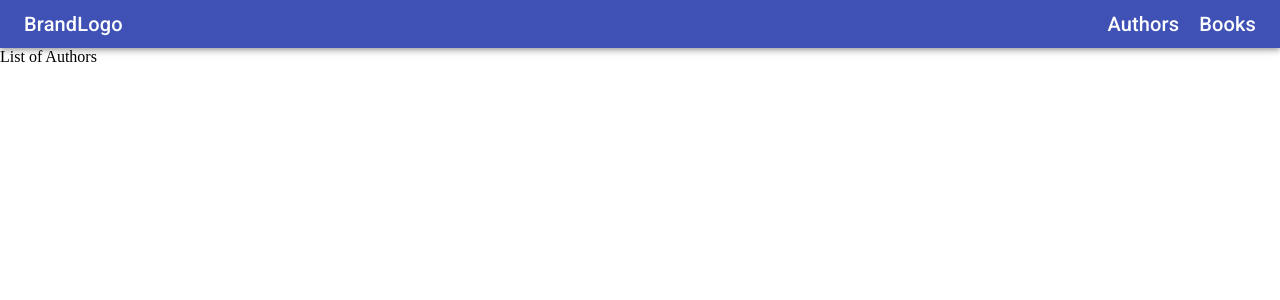
Repository: Sociophuck/00007494
Page: /authors (app in front/)
The author's editor kept a copy of each file at every save. The page is drawn from the files as they stood at one save, then again after the next save.
The browser window is 1280 px wide. The pictures show the whole page.
The project was rebuilt for these pictures with package versions that can differ from the ones it lists, and the page was loaded fresh each time. Also part of the build but not shown: front/src/App.css, front/src/Book.js, front/src/Home.js.

Above is the page before, as saved 2021-04-04 11:03:04.

### front/src/index.css
body {
  margin: 0;
}

.header-links {
  display: flex;
}
.header-links > a {
  margin-left: 20px;
  text-decoration: none;
  color: white;
}
.header-links > a:hover {
  color: turquoise;
}

### front/src/App.js
import Author from "./Author";
import "./App.css";
import { BrowserRouter as Router, Route, Switch } from "react-router-dom";
import Book from "./Book";
import Home from "./Home";
import NavBar from "./NavBar";

function App() {
  return (
    <Router>
      <div className="App">
        <NavBar />
        <div>
          <Switch>
            <Route exact path="/">
              <Home />
            </Route>
            <Route path="/authors">
              <Author />
            </Route>
            <Route path="/books">
              <Book />
            </Route>
          </Switch>
        </div>
      </div>
    </Router>
  );
}

export default App;

### front/src/Author.js
function Author() {
  return <div>List of Authors</div>;
}

export default Author;

### front/src/NavBar.js
import { Link } from "react-router-dom";
import React from "react";
import { makeStyles } from "@material-ui/core/styles";
import AppBar from "@material-ui/core/AppBar";
import Toolbar from "@material-ui/core/Toolbar";
import Typography from "@material-ui/core/Typography";

const useStyles = makeStyles((theme) => ({
  root: {
    flexGrow: 1,
  },
  logo: {
    flexGrow: 1,
  },
}));

function NavBar() {
  const classes = useStyles();

  return (
    <div className={classes.root}>
      <AppBar position="static">
        <Toolbar variant="dense">
          <Typography className={classes.logo} variant="h6" color="inherit">
            BrandLogo
          </Typography>
          <div className="header-links">
            <Link to="/authors">
              <Typography variant="h6" color="inherit">
                Authors
              </Typography>
            </Link>
            <Link to="/books">
              <Typography variant="h6" color="inherit">
                Books
              </Typography>
            </Link>
          </div>
        </Toolbar>
      </AppBar>
    </div>
  );
}

export default NavBar;

Loaded but not shown: front/public/index.html (common file); front/src/index.js (common file)

After the next save:
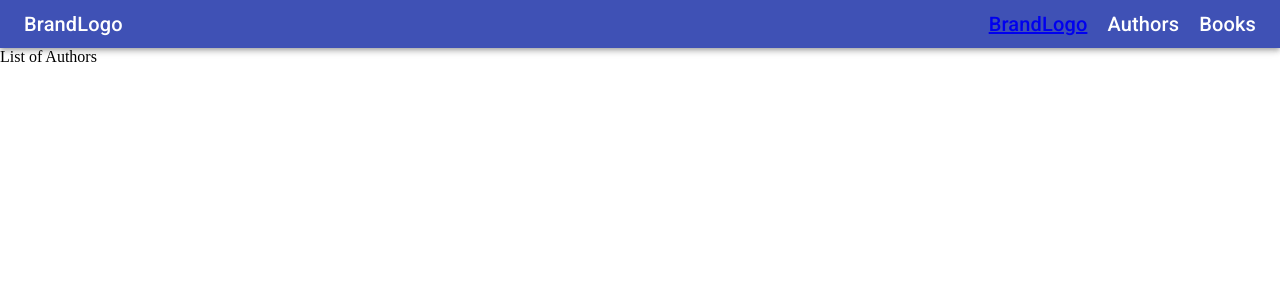
Saved 42 s later.
--- a/front/src/NavBar.js
+++ b/front/src/NavBar.js
@@ -24,6 +24,11 @@ function NavBar() {
           <Typography className={classes.logo} variant="h6" color="inherit">
             BrandLogo
           </Typography>
+          <Link to="/authors">
+            <Typography variant="h6" color="inherit">
+              BrandLogo
+            </Typography>
+          </Link>
           <div className="header-links">
             <Link to="/authors">
               <Typography variant="h6" color="inherit">
